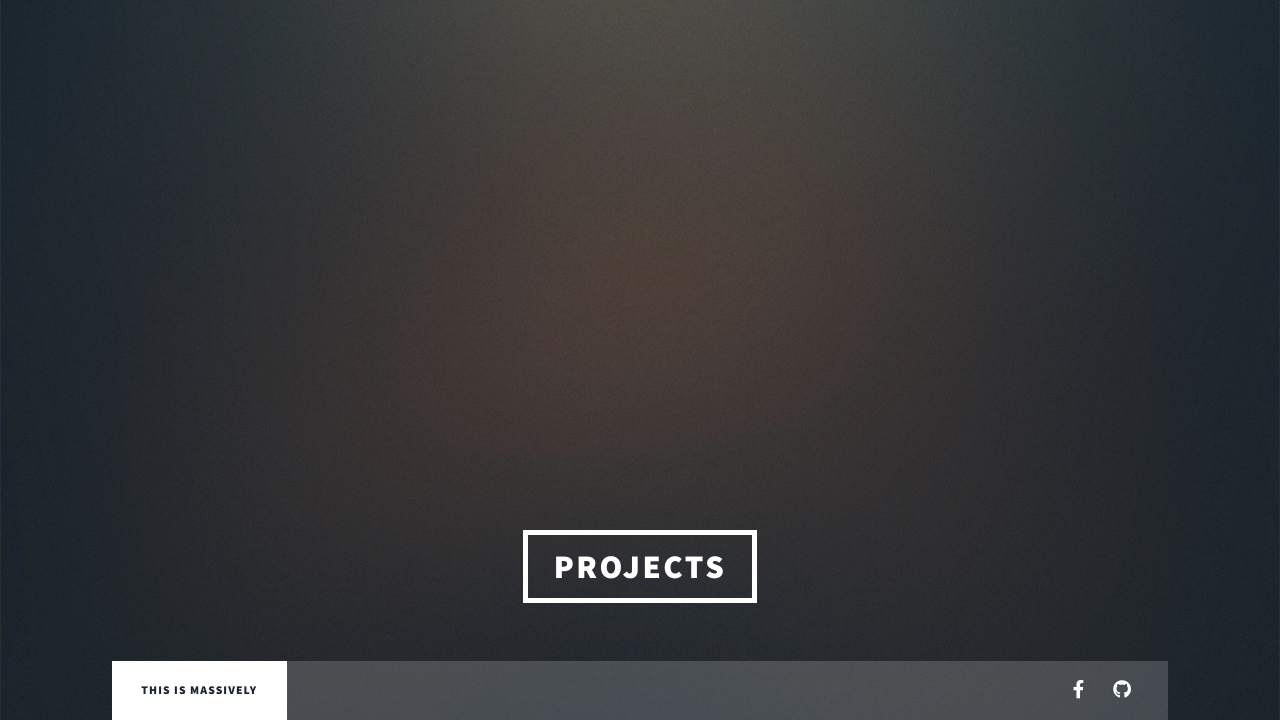
Repository: hiennguyenthanh/PortWebsite
Page: index.html
The author's editor kept a copy of each file at every save. The page is drawn from the files as they stood at one save, then again after the next save.
The browser window is 1280 px wide. The pictures show the window.
A layer covers the whole window, so only the first screen is drawn.

Above is the page before, as saved 2022-03-11 15:53:49.

### index.html
<!DOCTYPE HTML>
<!--
	Massively by HTML5 UP
	html5up.net | @ajlkn
	Free for personal and commercial use under the CCA 3.0 license (html5up.net/license)
-->
<html>
	<head>
		<title>Hien Nguyen Portfolio ^^</title>
		<meta charset="utf-8" />
		<meta name="viewport" content="width=device-width, initial-scale=1, user-scalable=no" />
		<link rel="stylesheet" href="assets/css/main.css" />
		<noscript><link rel="stylesheet" href="assets/css/noscript.css" /></noscript>
	</head>
	<body class="is-preload">

		<!-- Wrapper -->
			<div id="wrapper" class="fade-in">

				<!-- Intro -->
					<div id="intro">
						<h1>Hien Nguyen<br />
						Portfolio</h1>
						<p>I'm just a student majoring in Information System.</p><a href="https://github.com/hiennguyenthanh">My Github</a>
						<a href="https://www.facebook.com/nguyenthanhhienbmt">My Facebook</a> (´･ᴗ･ ` )
						<ul class="actions">
							<li><a href="#header" class="button icon solid solo fa-arrow-down scrolly">Continue</a></li>
						</ul>
					</div>

				<!-- Header -->
					<header id="header">
						<a href="index.html" class="logo">Projects</a>
					</header>

				<!-- Nav -->
					<nav id="nav">
						<ul class="links">
							<li class="active"><a href="index.html">This is Massively</a></li>
						</ul>
						<ul class="icons">
							<li><a href="https://www.facebook.com/nguyenthanhhienbmt" class="icon brands alt fa-facebook-f"><span class="label">Facebook</span></a></li>
									<li><a href="https://github.com/hiennguyenthanh" class="icon brands alt fa-github"><span class="label">GitHub</span></a></li>
						</ul>
					</nav>

				<!-- Main -->
					<div id="main">
						<!-- Featured Post -->
							<article class="post featured">
								<header class="major">
									<span class="date">March 8, 2022</span>
									<h2><a href="https://github.com/hiennguyenthanh/Heart-Desease-regession-analysis-and-visualization.git">Heart Desease regession, <br />
									analysis and visualization</a></h2>
									<p>dd<br />
									</p>
								</header>
								<a href="https://github.com/hiennguyenthanh/Heart-Desease-regession-analysis-and-visualization.git" class="image main"><img src="images/pic01.jpg" alt="" /></a>
								<ul class="actions special">
									<li><a href="https://github.com/hiennguyenthanh/Heart-Desease-regession-analysis-and-visualization.git" class="button large">View Project</a></li>
								</ul>
							</article>

						<!-- Posts -->
							<section class="posts">
								<article>
									<header>
										<span class="date">February 28, 2022</span>
										<h2><a href="https://github.com/hiennguyenthanh/Portfolio-Covid19-Project.git">Portfolio Covid-19<br />
										</a></h2>
									</header>
									<a href="https://github.com/hiennguyenthanh/Portfolio-Covid19-Project.git" class="image fit"><img src="images/pic02.jpg" alt="" /></a>
									<p>Explore and visualize data about Covid-19</p>
									<ul class="actions special">
										<li><a href="https://github.com/hiennguyenthanh/Portfolio-Covid19-Project.git" class="button">View Project</a></li>
									</ul>
								</article>
								<article>
									<header>
										<span class="date">xxx</span>
										<h2><a href="#">Data Cleaning in SQL<br />
										</a></h2>
									</header>
									<a href="#" class="image fit"><img src="images/pic03.jpg" alt="" /></a>
									<p>Donec eget ex magna. Interdum et malesuada fames ac ante ipsum primis in faucibus. Pellentesque venenatis dolor imperdiet dolor mattis sagittis magna etiam.</p>
									<ul class="actions special">
										<li><a href="#" class="button">Full Story</a></li>
									</ul>
								</article>
								<!-- <article>
									<header>
										<span class="date">April 18, 2017</span>
										<h2><a href="#">Ante mattis<br />
										interdum dolor</a></h2>
									</header>
									<a href="#" class="image fit"><img src="images/pic04.jpg" alt="" /></a>
									<p>Donec eget ex magna. Interdum et malesuada fames ac ante ipsum primis in faucibus. Pellentesque venenatis dolor imperdiet dolor mattis sagittis magna etiam.</p>
									<ul class="actions special">
										<li><a href="#" class="button">Full Story</a></li>
									</ul>
								</article>
								<article>
									<header>
										<span class="date">April 14, 2017</span>
										<h2><a href="#">Tempus sed<br />
										nulla imperdiet</a></h2>
									</header>
									<a href="#" class="image fit"><img src="images/pic05.jpg" alt="" /></a>
									<p>Donec eget ex magna. Interdum et malesuada fames ac ante ipsum primis in faucibus. Pellentesque venenatis dolor imperdiet dolor mattis sagittis magna etiam.</p>
									<ul class="actions special">
										<li><a href="#" class="button">Full Story</a></li>
									</ul>
								</article>
								<article>
									<header>
										<span class="date">April 11, 2017</span>
										<h2><a href="#">Odio magna<br />
										sed consectetur</a></h2>
									</header>
									<a href="#" class="image fit"><img src="images/pic06.jpg" alt="" /></a>
									<p>Donec eget ex magna. Interdum et malesuada fames ac ante ipsum primis in faucibus. Pellentesque venenatis dolor imperdiet dolor mattis sagittis magna etiam.</p>
									<ul class="actions special">
										<li><a href="#" class="button">Full Story</a></li>
									</ul>
								</article>
								<article>
									<header>
										<span class="date">April 7, 2017</span>
										<h2><a href="#">Augue lorem<br />
										primis vestibulum</a></h2>
									</header>
									<a href="#" class="image fit"><img src="images/pic07.jpg" alt="" /></a>
									<p>Donec eget ex magna. Interdum et malesuada fames ac ante ipsum primis in faucibus. Pellentesque venenatis dolor imperdiet dolor mattis sagittis magna etiam.</p>
									<ul class="actions special">
										<li><a href="#" class="button">Full Story</a></li>
									</ul>
								</article> -->
							</section>

					</div>

				<!-- Footer -->
					<footer id="footer">
						<section>
							<form method="post" action="#">
								<div class="fields">
									<div class="field">
										<label for="name">Name</label>
										<input type="text" name="name" id="name" />
									</div>
									<div class="field">
										<label for="email">Email</label>
										<input type="text" name="email" id="email" />
									</div>
									<div class="field">
										<label for="message">Message</label>
										<textarea name="message" id="message" rows="3"></textarea>
									</div>
								</div>
								<ul class="actions">
									<li><input type="submit" value="Send Message" /></li>
								</ul>
							</form>
						</section>
						<section class="split contact">
							<section class="alt">
								<h3>Address</h3>
								<p>District 5, Ho Chi Minh City</p>
							</section>
							<section>
								<h3>Phone</h3>
								<p><a href="#">(000) 000-0000</a></p>
							</section>
							<section>
								<h3>Email</h3>
								<p><a href="#">nguyenthanhhienbmt@gmail.com</a></p>
							</section>
							<section>
								<h3>Social</h3>
								<ul class="icons alt">
									<li><a href="https://www.facebook.com/nguyenthanhhienbmt" class="icon brands alt fa-facebook-f"><span class="label">Facebook</span></a></li>
									<li><a href="https://github.com/hiennguyenthanh" class="icon brands alt fa-github"><span class="label">GitHub</span></a></li>
								</ul>
							</section>
						</section>
					</footer>

			</div>

		<!-- Scripts -->
			<script src="assets/js/jquery.min.js"></script>
			<script src="assets/js/jquery.scrollex.min.js"></script>
			<script src="assets/js/jquery.scrolly.min.js"></script>
			<script src="assets/js/browser.min.js"></script>
			<script src="assets/js/breakpoints.min.js"></script>
			<script src="assets/js/util.js"></script>
			<script src="assets/js/main.js"></script>

	</body>
</html>

Loaded but not shown: assets/js/jquery.min.js (library); assets/css/fontawesome-all.min.css (library); assets/js/jquery.scrollex.min.js (common file); assets/js/jquery.scrolly.min.js (common file); assets/js/browser.min.js (common file); assets/js/breakpoints.min.js (common file); assets/js/util.js (587 lines, source omitted); assets/js/main.js (258 lines, source omitted); assets/css/main.css (4689 lines, source omitted)

After the next save:
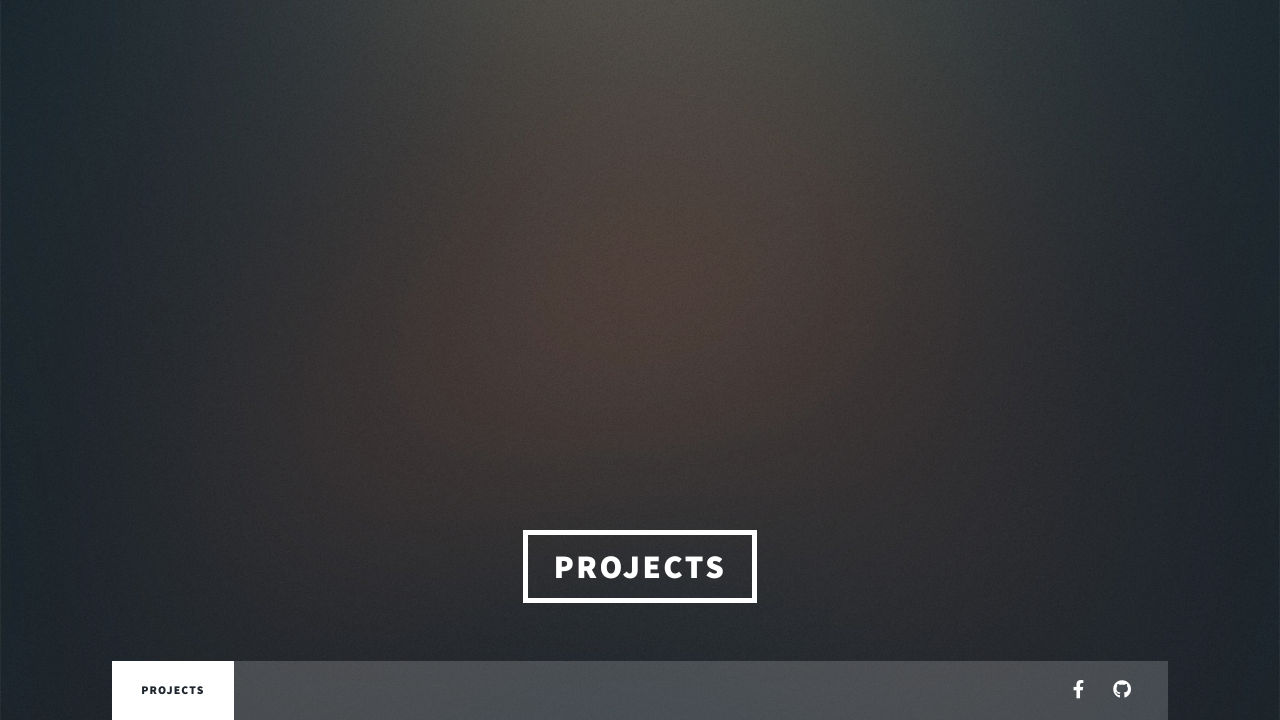
Saved 12 s later.
--- a/index.html
+++ b/index.html
@@ -36,7 +36,7 @@
 				<!-- Nav -->
 					<nav id="nav">
 						<ul class="links">
-							<li class="active"><a href="index.html">This is Massively</a></li>
+							<li class="active"><a href="index.html">Projects</a></li>
 						</ul>
 						<ul class="icons">
 							<li><a href="https://www.facebook.com/nguyenthanhhienbmt" class="icon brands alt fa-facebook-f"><span class="label">Facebook</span></a></li>
